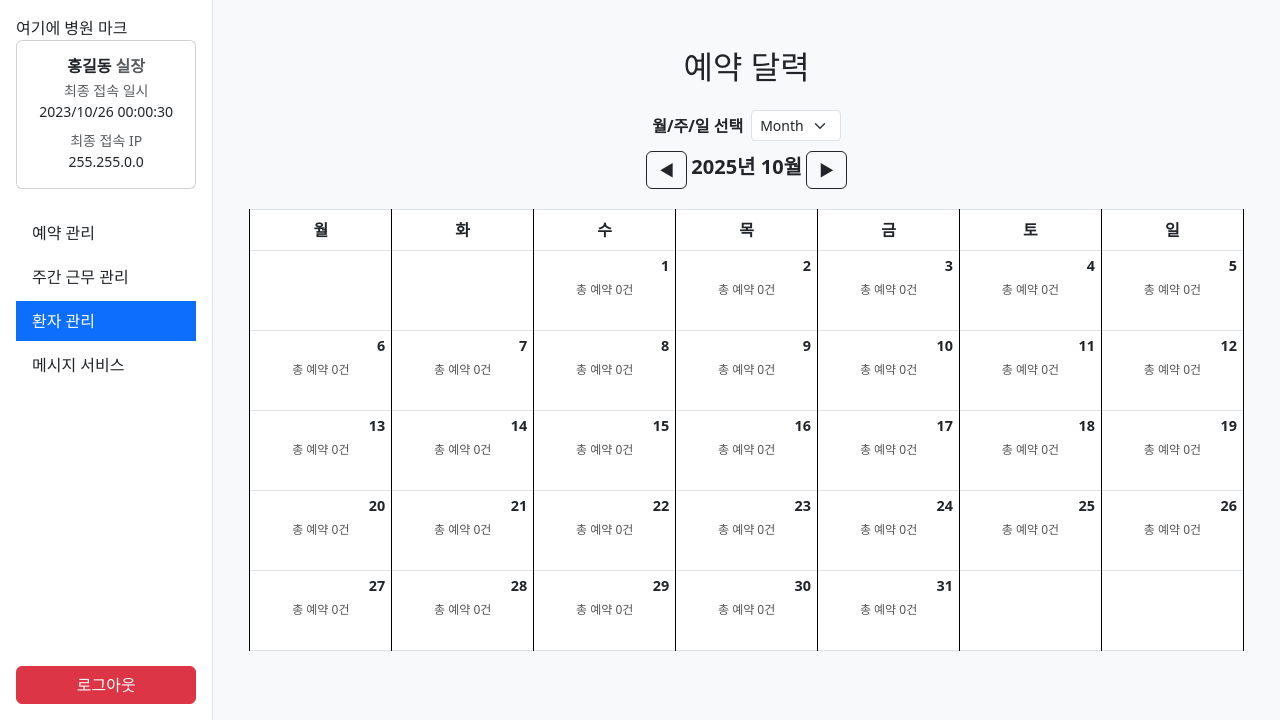
Repository: j-pyohub/LIBRARY_PROJECT
Page: CRM_Project/WebContent/doctorReserveList.html
An editor plug-in stored every save of this project. The page is shown before and after the next save, followed by the edit.
The browser window is 1280 px wide. The pictures show the whole page.

Above is the page before, as saved 2025-10-11 09:01:11.

### CRM_Project/WebContent/doctorReserveList.html
<!doctype html>
<html lang="ko">
<head>
  <meta charset="utf-8">
  <title>예약 달력 (Bootstrap 적용)</title>

  <!-- ✅ Bootstrap 5.3.0 -->
  <link
    href="https://cdn.jsdelivr.net/npm/bootstrap@5.3.0/dist/css/bootstrap.min.css"
    rel="stylesheet">

  <style>
    /* ✅ 테이블 전체 선 검정색 */
    table, th, td {
      border: 1px solid black;
      border-collapse: collapse;
    }


    #container {
      margin-top: 20px;
    }

    .calendar-controls {
      display: flex;
      flex-direction: column; /* 위아래 배치 */
      align-items: center;
      gap: 10px;
      margin-bottom: 15px;
    }

    /* ✅ 날짜를 오른쪽 상단으로 정렬 */
    .month-view td {
      position: relative;
      height: 80px;
      vertical-align: top !important;
    }
    .month-view td strong {
      position: absolute;
      top: 4px;
      right: 6px;
      font-size: 0.9rem;
    }
    .month-view td small {
      display: block;
      margin-top: 22px;
      font-size: 0.75rem;
      color: #555;
    }

    /* ✅ 주간 / 일간 달력의 표 높이 축소 */
    .week-view td,
    .day-view td {
      height: 36px;
      padding: 4px 6px !important;
      font-size: 0.85rem;
      vertical-align: middle !important;
    }
  </style>
</head>

<body class="bg-body-tertiary">
<div class="container-fluid">
  <div class="row">

    <!-- 여기서 사이드바를 주입 -->
    <div id="sidebar-slot" class="col-2 p-0"></div>

    <!-- 메인 -->
    <main class="col-10 p-4">
  <div class="container py-4">
    <h2 class="text-center mb-4">예약 달력</h2>

    <div class="calendar-controls">
      <!-- ✅ 드롭다운 -->
      <div class="d-inline-flex align-items-center">
        <label for="viewSelect" class="me-2 mb-0 fw-bold">월/주/일 선택</label>
        <select id="viewSelect" class="form-select form-select-sm w-auto">
          <option value="month" selected>Month</option>
          <option value="week">Week</option>
          <option value="day">Day</option>
        </select>
      </div>

      <!-- ✅ 이전/다음 버튼 -->
      <div>
        <button id="prev" class="btn btn-outline-dark">◀</button>
        <span id="ym" class="fw-bold fs-5">—</span>
        <button id="next" class="btn btn-outline-dark">▶</button>
      </div>
    </div>

    <div id="container"></div>
  </div>
	</main>
		</div>
	</div>
	<script>
	  // sidebar.html을 불러와서 #sidebar-slot에 삽입
	  async function loadSidebar(activeKey) {
	    const slot = document.getElementById('sidebar-slot');
	    const resp = await fetch('./sidebar.html'); // 경로는 프로젝트 구조에 맞게
	    const html = await resp.text();
	    slot.innerHTML = html;

	    // 활성 메뉴 표시 (data-route 값을 사용)
	    const current = slot.querySelector(`[data-route="${activeKey}"]`);
	    if (current) {
	      // 전부 초기화
	      slot.querySelectorAll('#sidebar-nav .nav-link').forEach(a=>{
	        a.classList.remove('active','bg-primary','text-white');
	        a.classList.add('text-dark');
	      });
	      // 현재만 활성
	      current.classList.add('active','bg-primary','text-white');
	      current.classList.remove('text-dark');
	    }
	  }

	  // 이 페이지의 활성 키만 바꿔주면 됨
	  loadSidebar('patientList');

  /* 예약 데이터 (예시) */
  const reservationEvents = {
    "2025-09-16": [
      { start: "09:00", end: "09:30", title: "고은님" },
      { start: "14:00", end: "14:30", title: "이수현" }
    ],
    "2025-09-15": [
      { start: "10:00", end: "11:00", title: "심박 검사" }
    ]
  };

  /* 전역 상태 */
  let viewMode = 'month';
  let viewDate = new Date();
  viewDate.setDate(1);

  function fmt(date) {
    const y = date.getFullYear();
    const m = String(date.getMonth()+1).padStart(2,'0');
    const d = String(date.getDate()).padStart(2,'0');
    return `${y}-${m}-${d}`;
  }
  function startOfWeekMonday(d) {
    const dt = new Date(d);
    const day = dt.getDay();
    const diff = (day === 0 ? -6 : 1 - day);
    dt.setDate(dt.getDate() + diff);
    dt.setHours(0,0,0,0);
    return dt;
  }
  function addDays(d, n) {
    const dt = new Date(d);
    dt.setDate(dt.getDate() + n);
    return dt;
  }

  const container = document.getElementById('container');
  const ymSpan = document.getElementById('ym');

  function render() {
    if (viewMode === 'month') renderMonth();
    else if (viewMode === 'week') renderWeek();
    else renderDay();
  }

  /* ✅ Month View (월요일 시작, 날짜 오른쪽 상단) */
  function renderMonth() {
    const year = viewDate.getFullYear();
    const month = viewDate.getMonth();
    ymSpan.textContent = `${year}년 ${month + 1}월`;

    let firstDay = new Date(year, month, 1).getDay(); // 0=일요일
    if (firstDay === 0) firstDay = 7; // 일요일을 7로
    const daysInMonth = new Date(year, month + 1, 0).getDate();

    const days = ['월', '화', '수', '목', '금', '토', '일'];

    let html = '<table class="table table-bordered text-center align-middle month-view"><thead><tr>';
    for (const d of days) html += `<th>${d}</th>`;
    html += '</tr></thead><tbody>';

    let day = 1;
    let started = false;

    for (let r = 0; r < 6 && day <= daysInMonth; r++) {
      html += '<tr>';
      for (let c = 1; c <= 7; c++) {
        if (!started && c < firstDay) {
          html += '<td></td>';
        } else if (day > daysInMonth) {
          html += '<td></td>';
        } else {
          const dateKey = `${year}-${String(month + 1).padStart(2, '0')}-${String(day).padStart(2, '0')}`;
          const count = (reservationEvents[dateKey] || []).length;
          html += `<td><strong>${day}</strong><small>총 예약 ${count}건</small></td>`;
          day++;
          started = true;
        }
      }
      html += '</tr>';
    }

    html += '</tbody></table>';
    container.innerHTML = html;
  }

  /* ✅ Week View (예약 목록 표시로 변경) */
  function renderWeek() {
    const monday = startOfWeekMonday(viewDate);
    const weekDays = [];
    for (let i = 0; i < 7; i++) weekDays.push(addDays(monday, i));
    ymSpan.textContent = `${fmt(weekDays[0])} ~ ${fmt(weekDays[6])}`;

    const hours = [];
    for (let h = 7; h <= 19; h++) hours.push(h);

    let html = '<table class="table table-bordered text-center align-middle week-view"><thead><tr><th>시간</th>';
    for (let d of weekDays) {
      const dayLabel = d.toLocaleDateString('ko-KR', { weekday: 'short' });
      html += `<th>${dayLabel} (${d.getMonth() + 1}/${d.getDate()})</th>`;
    }
    html += '</tr></thead><tbody>';

    for (let h of hours) {
      html += '<tr>';
      html += `<td>${h}:00</td>`;
      for (let d of weekDays) {
        const key = fmt(d);
        const evs = (reservationEvents[key] || []).filter(e =>
          e.start.startsWith(String(h).padStart(2, '0'))
        );
        // ✅ 예약 목록 표시 (일간처럼)
        if (evs.length > 0) {
          html += `<td class="text-start">${evs.map(e => `<div>${e.start} - ${e.end} ${e.title}</div>`).join('')}</td>`;
        } else {
          html += `<td></td>`;
        }
      }
      html += '</tr>';
    }

    // ✅ 마지막 줄: 각 날짜별 총 예약 수
    html += '<tr>';
    html += `<td class="fw-bold bg-light">총 예약</td>`;
    for (let d of weekDays) {
      const key = fmt(d);
      const total = (reservationEvents[key] || []).length;
      html += `<td class="bg-light fw-bold">총 ${total}건</td>`;
    }
    html += '</tr>';

    html += '</tbody></table>';
    container.innerHTML = html;
  }

  /* ✅ Day View (그대로 유지) */
  function renderDay() {
    const key = fmt(viewDate);
    ymSpan.textContent = key;

    const hours = [];
    for (let h=7; h<=19; h++) hours.push(h);

    let html = '<table class="table table-bordered text-center align-middle day-view"><thead><tr><th>시간</th><th>예약</th></tr></thead><tbody>';
    for (let h of hours) {
      const evs = (reservationEvents[key]||[]).filter(e => e.start.startsWith(String(h).padStart(2,'0')));
      html += `<tr><td>${h}:00</td><td class="text-start">${evs.map(e=>`${e.start}-${e.end} ${e.title}`).join('<br>')}</td></tr>`;
    }
    html += '</tbody></table>';
    container.innerHTML = html;
  }

  /* ✅ 드롭다운 이벤트 */
  const viewSelect = document.getElementById('viewSelect');
  viewSelect.addEventListener('change', () => {
    viewMode = viewSelect.value;
    render();
  });

  /* ✅ 이전 / 다음 버튼 */
  document.getElementById('prev').onclick = ()=>{
    if (viewMode==='month') viewDate.setMonth(viewDate.getMonth()-1);
    else if (viewMode==='week') viewDate.setDate(viewDate.getDate()-7);
    else if (viewMode==='day') viewDate.setDate(viewDate.getDate()-1);
    render();
  };
  document.getElementById('next').onclick = ()=>{
    if (viewMode==='month') viewDate.setMonth(viewDate.getMonth()+1);
    else if (viewMode==='week') viewDate.setDate(viewDate.getDate()+7);
    else if (viewMode==='day') viewDate.setDate(viewDate.getDate()+1);
    render();
  };

  /* ✅ 최초 렌더 */
  render();
  </script>
</body>
</html>

### CRM_Project/WebContent/sidebar.html
<meta charset="utf-8">
<!-- sidebar.html -->
<aside class="bg-white border-end vh-100 d-flex flex-column p-3">
  <!--  <div class="text-center mb-4">
    <img src="hospital_logo.png" alt="병원 로고" class="img-fluid" style="max-width:100px;">
  </div>-->
  	<div>여기에 병원 마크</div>
  <div class="card mb-4">

    <div class="card-body text-center">
      <h6 class="fw-bold mb-1">홍길동 <span class="text-muted">실장</span></h6>
      <div class="small text-muted">최종 접속 일시</div>
      <div class="small">2023/10/26 00:00:30</div>
      <div class="small text-muted mt-2">최종 접속 IP</div>
      <div class="small">255.255.0.0</div>
    </div>
  </div>

  <nav class="nav flex-column gap-1 mb-auto" id="sidebar-nav">
    <a href="/reserve.html" class="nav-link text-dark" data-route="reserve">예약 관리</a>
    <a href="/manageDoctorSchedule.html"   class="nav-link text-dark" data-route="manageDoctorSchedule">주간 근무 관리</a>
    <a href="/patientList.html" class="nav-link text-dark" data-route="patientList">환자 관리</a>
    <a href="/smsService.html"  class="nav-link text-dark" data-route="smsService">메시지 서비스</a>
  </nav>

  <div class="mt-4 text-center">
    <button class="btn btn-danger w-100">로그아웃</button>
  </div>
</aside>

### CRM_Project/WebContent/doctorSidebar.html
<meta charset="utf-8">
<!-- sidebar.html -->
<aside class="bg-white border-end vh-100 d-flex flex-column p-3">
  <!--  <div class="text-center mb-4">
    <img src="hospital_logo.png" alt="병원 로고" class="img-fluid" style="max-width:100px;">
  </div>-->
  	<div>여기에 병원 마크</div>
  <div class="card mb-4">

    <div class="card-body text-center">
      <h6 class="fw-bold mb-1">홍길동 <span class="text-muted">실장</span></h6>
      <div class="small text-muted">최종 접속 일시</div>
      <div class="small">2023/10/26 00:00:30</div>
      <div class="small text-muted mt-2">최종 접속 IP</div>
      <div class="small">255.255.0.0</div>
    </div>
  </div>

 <div>
 <h4>금일 총 예약</h4>
 <h4>금일 내 예약 건수</h4>
 </div>

  <div class="mt-4 text-center">
    <button class="btn btn-danger w-100">로그아웃</button>
  </div>
</aside>

After the next save:
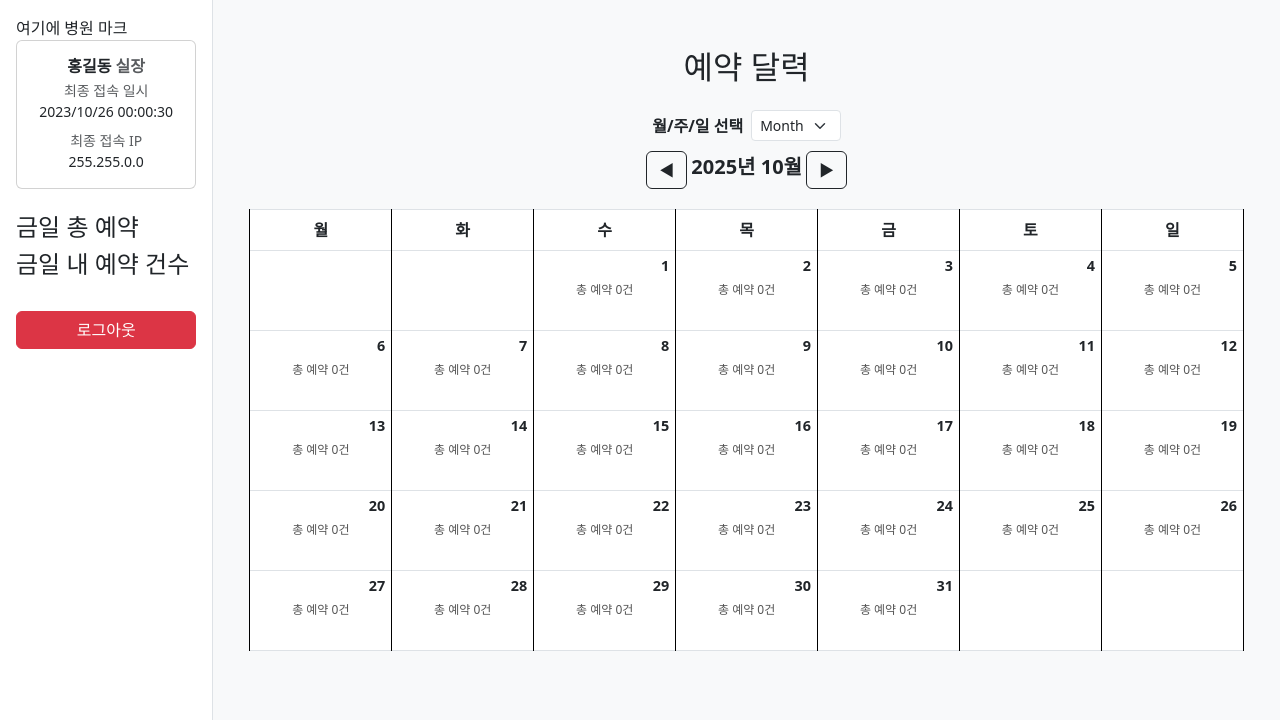
Saved 30 s later.
--- a/CRM_Project/WebContent/doctorReserveList.html
+++ b/CRM_Project/WebContent/doctorReserveList.html
@@ -99,7 +99,7 @@
 	  // sidebar.html을 불러와서 #sidebar-slot에 삽입
 	  async function loadSidebar(activeKey) {
 	    const slot = document.getElementById('sidebar-slot');
-	    const resp = await fetch('./sidebar.html'); // 경로는 프로젝트 구조에 맞게
+	    const resp = await fetch('./doctorSidebar.html'); // 경로는 프로젝트 구조에 맞게
 	    const html = await resp.text();
 	    slot.innerHTML = html;
 
